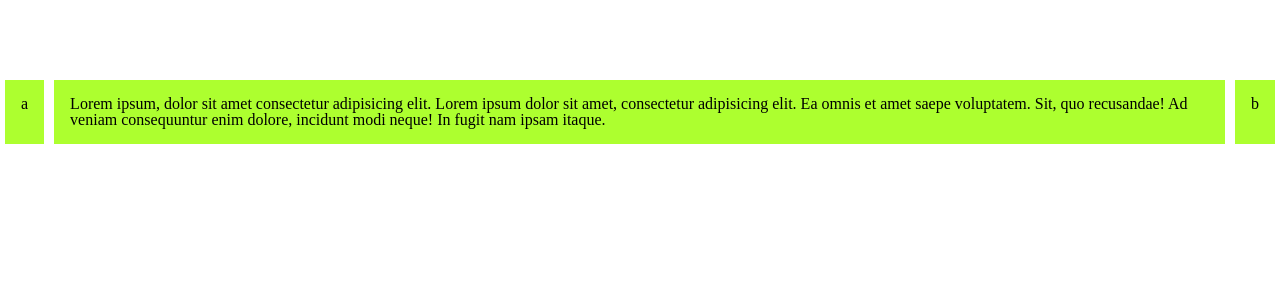
Repository: Giangattt123/HTML-CSS
Page: CSS/Flexbox/index.html
The author's editor kept a copy of each file at every save. The page is drawn from the files as they stood at one save, then again after the next save.
The browser window is 1280 px wide. The pictures show the whole page.

Above is the page before, as saved 2023-04-26 10:54:43.

After the next save:
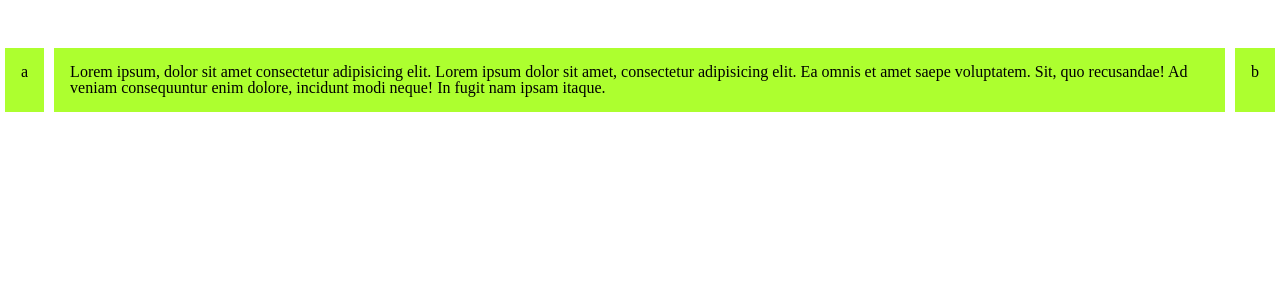
Saved 7 s later.
--- a/CSS/Flexbox/style.css
+++ b/CSS/Flexbox/style.css
@@ -34,7 +34,7 @@ a {
   display: flex;
   /* flex-direction: row-reverse; */
   align-items: stretch;
-  margin-top: 5rem;
+  margin-top: 3rem;
 }
 .list-item {
   padding: 1rem;
